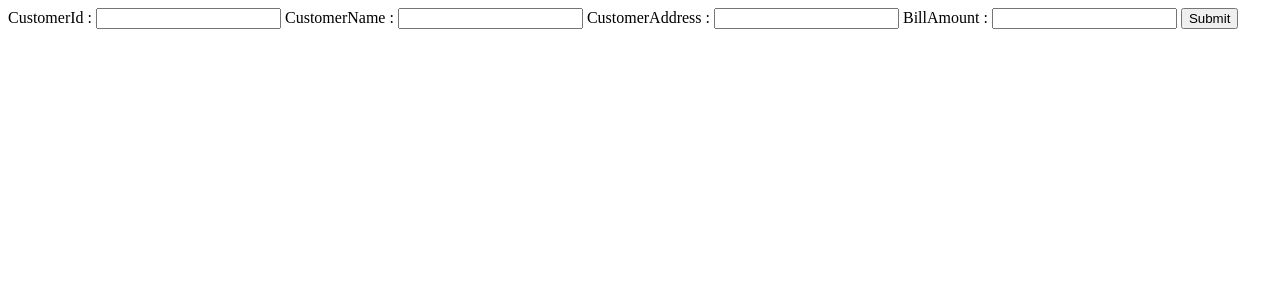
Repository: dan-10/Deloitte
Page: DeloitteTrainig/SpringMVCDemo/WebContent/add.html
These files come from the project's save history. The page is drawn as it stood at one moment and after the next save; the edit follows.
The browser window is 1280 px wide. The pictures show the whole page.

Above is the page before, as saved 2019-08-02 04:05:22.

After the next save:
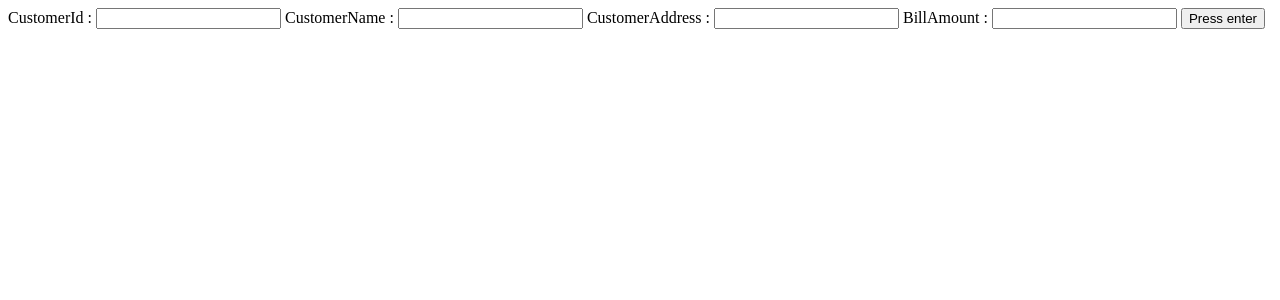
Saved 104 s later.
--- a/DeloitteTrainig/SpringMVCDemo/WebContent/add.html
+++ b/DeloitteTrainig/SpringMVCDemo/WebContent/add.html
@@ -10,7 +10,7 @@
 	CustomerName : <input type = "text" name = "customerName" id = "customerName">
 	CustomerAddress : <input type = "text" name = "customerAddress" id = "customerAddress">
 	BillAmount : <input type = "text" name = "billAmount" id = "billAmount">
-	<input type = "submit" vaule = "Press enter">
+	<input type = "submit" value = "Press enter">
 	</form>
 </body>
 </html>
